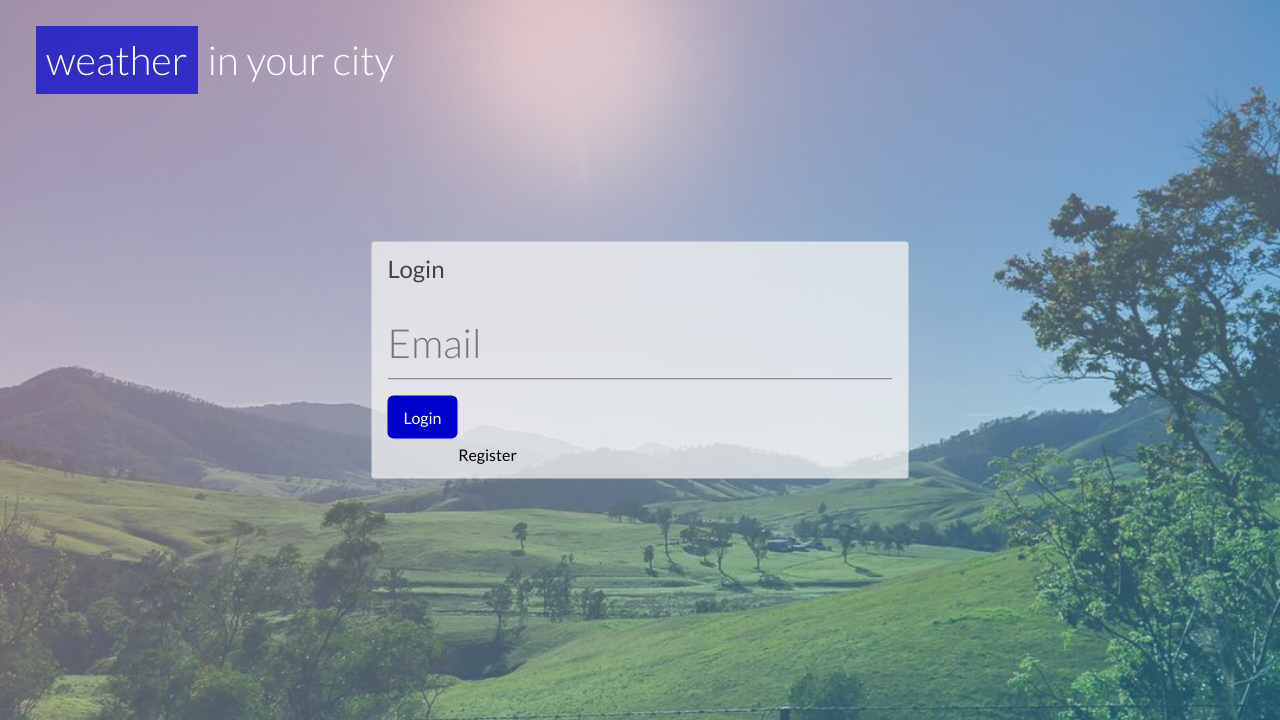
Repository: nosplashurinal/weather-app
Page: /, after clicking the first element matching `button.next`
The author's editor kept a copy of each file at every save. The page is drawn from the files as they stood at one save, then again after the next save.
The browser window is 1280 px wide. The pictures show the whole page.
The project was rebuilt for these pictures with package versions that can differ from the ones it lists, and the page was loaded fresh each time. Also part of the build but not shown: src/components/RecentSearches.vue, src/components/Search.vue, src/components/WeatherDataBlock.vue.

Above is the page before, as saved 2018-12-31 18:11:10.

After the next save:
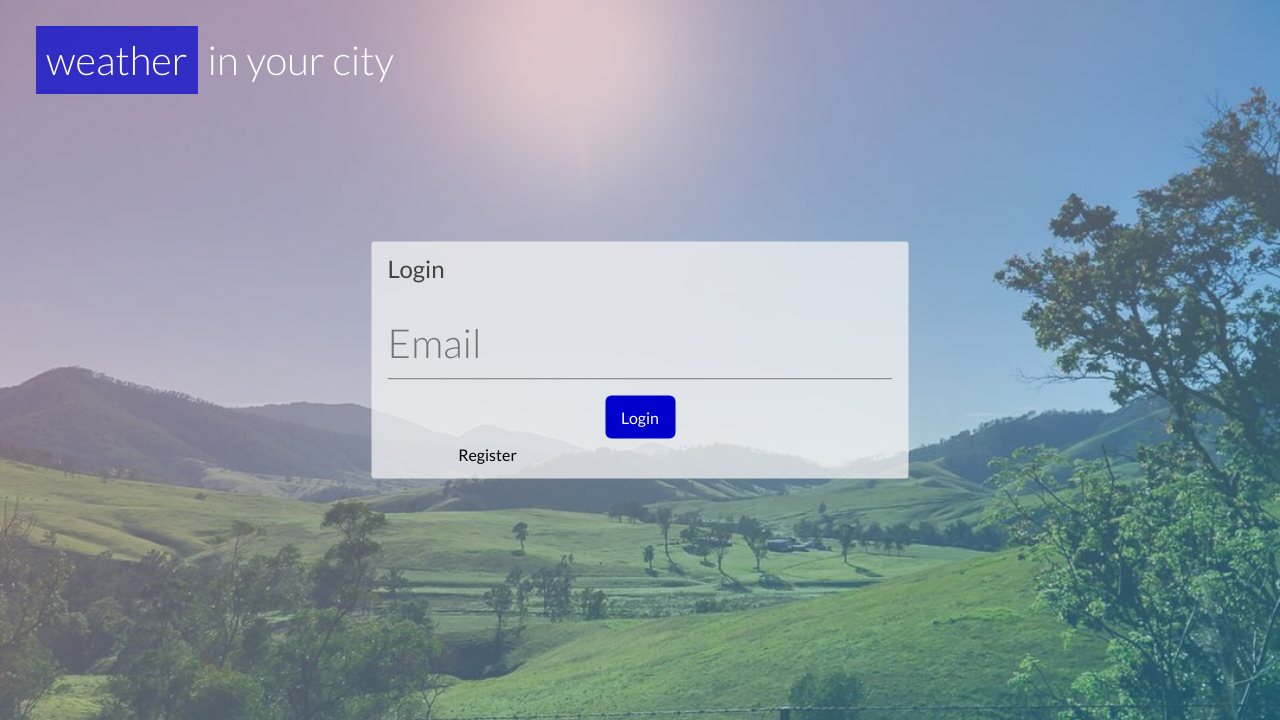
Saved 14 s later.
--- a/src/styles/login.scss
+++ b/src/styles/login.scss
@@ -22,7 +22,6 @@
     display: flex;
     position: relative;
     flex-wrap: wrap;
-    text-align: center;
     input {
       color: #434343;
       background: transparent;
@@ -65,7 +64,7 @@
       height: auto;
       padding: 0.75em 1em;
       display: block;
-      margin: 0;
+      margin: auto;
       margin-top: 1em;
     }
     .error-message {
